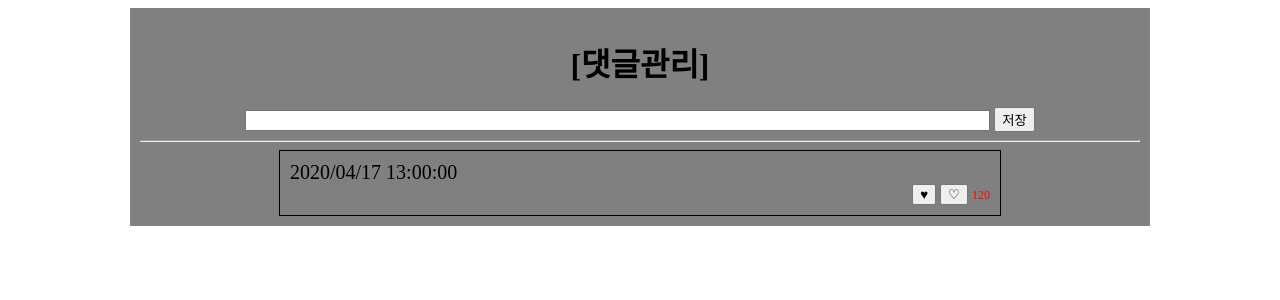
Repository: odasd/Ark-html
Page: http://localhost/ex20200417-2/list.jsp
An editor plug-in stored every save of this project. The page is shown before and after the next save, followed by the edit.
The browser window is 1280 px wide. The pictures show the whole page.
Some web libraries are served in a nearby version. The page is served by Tomcat 9. Queries for data that is not in the repository find no rows.

Above is the page before, as saved 2020-04-17 06:54:00.

After the next save:
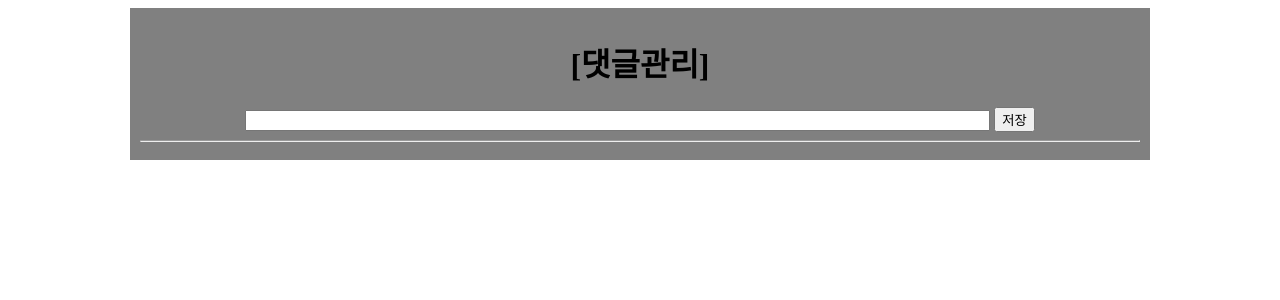
Saved 56 s later.
--- a/20200417/ex20200417-2/WebContent/list.jsp
+++ b/20200417/ex20200417-2/WebContent/list.jsp
@@ -30,16 +30,6 @@
 			<input type="text" id=content size=90>
 			<input type="button" value="저장" id=btninsert>
 			<hr>
-			<div class="box">
-				<div class="title">
-					<div class="date">2020/04/17 13:00:00</div>
-					<div class="like" rno="1">
-
-						<button class="update">♥</button>
-						<button class="delete">♡</button>
-						<span class="cnt">120</span>
-						<br>
-					</div>
 		</div>
 	</div>
 	<%

After the save that followed:
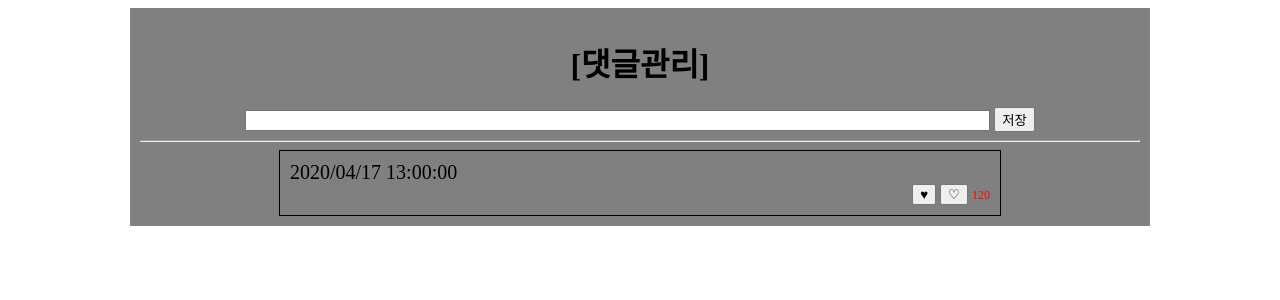
Saved 10 s later.
--- a/20200417/ex20200417-2/WebContent/list.jsp
+++ b/20200417/ex20200417-2/WebContent/list.jsp
@@ -30,6 +30,16 @@
 			<input type="text" id=content size=90>
 			<input type="button" value="저장" id=btninsert>
 			<hr>
+			<div class="box">
+				<div class="title">
+					<div class="date">2020/04/17 13:00:00</div>
+					<div class="like" rno="1">
+
+						<button class="update">♥</button>
+						<button class="delete">♡</button>
+						<span class="cnt">120</span>
+						<br>
+					</div>
 		</div>
 	</div>
 	<%
